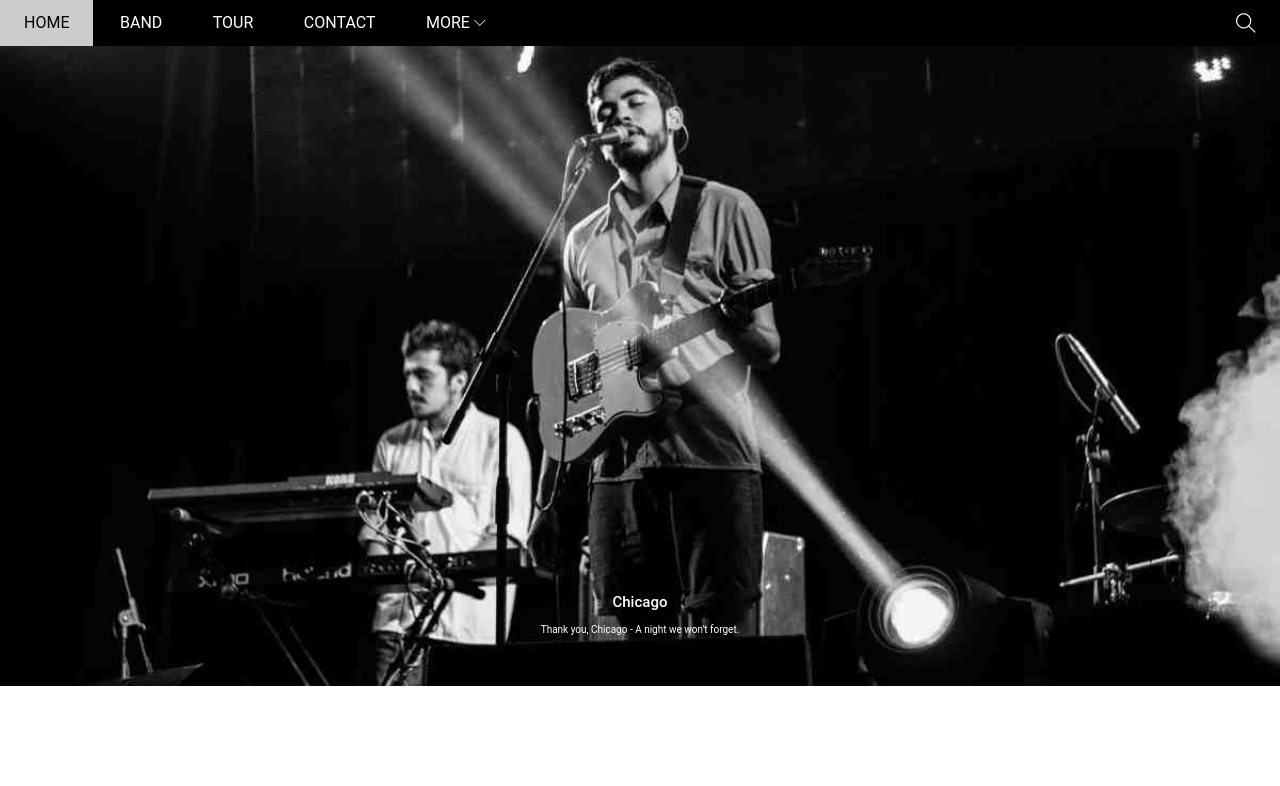
Repository: vuongld315/myLandingPage
Page: index.html
An editor plug-in stored every save of this project. The page is shown before and after the next save, followed by the edit.
The browser window is 1280 px wide. The pictures show the whole page.

Above is the page before, as saved 2022-07-22 13:09:49.

### index.html
<!DOCTYPE html>
<html lang="en">
<head>
    <meta charset="UTF-8">
    <meta http-equiv="X-UA-Compatible" content="IE=edge">
    <meta name="viewport" content="width=device-width, initial-scale=1.0">
    <title>Document</title>
    <link rel="stylesheet" href="./assets/css/main.css">
    <link rel="stylesheet" href="./assets/css/base.css">
    <link rel="stylesheet" href="./assets/fonts/themify-icons/themify-icons.css">
</head>
<body>
    <div id="main">
        <div id="header">
            <div id="nav">
                <ul>
                    <li><a href="">Home</a></li>
                    <li><a href="">Band</a></li>
                    <li><a href="">Tour</a></li>
                    <li><a href="">Contact</a></li>
                    <li>
                        <a href="#">
                            More
                            <i class="nav-arrow-down ti-angle-down"></i>
                        </a>
                        <ul class="subnav">
                            <li><a href="">Merchadise</a></li>
                            <li><a href="">Extras</a></li>
                            <li><a href="">Media</a></li>
                        </ul>
                    </li>
                </ul>
            </div>
            <div class="search-btn">
                <i class="search-icon ti-search"></i>
            </div>
        </div>

        <div id="slider">
            <div class="text-content">
                <h2 class="text-heading">Chicago</h2>
                <div class="text-desciption">Thank you, Chicago - A night we won't forget.</div>
            </div>
        </div>

        <div id="content">

        </div>

        <div id="footer">

        </div>
    </div>
</body>
</html>

### assets/css/main.css
*   {
    box-sizing: inherit;
}

body    {
    padding-bottom:100px ;
}

html    {
    font-size: 62.5%;
    line-height: 1.6rem;
    font-family: 'Roboto', sans-serif;
    box-sizing: border-box;
}

.gird   {
    width: 1200px;
    max-width: 100%;
    margin: 0 auto;
}

.gird__full-width   {
    width: 100%;
}

.gird__row  {
    display: flex;
    flex-wrap: wrap;
}

body    {
    margin: 0;
    padding: 0;
}

#header {
    height: 46px;
    background-color: #000;
    display: flex;
    align-items: center;
    justify-content: space-between;
    position: fixed;
    top: 0;
    right: 0;
    left: 0;
    z-index: 1;
}

#nav ul {
    padding: 0;
}

#nav li {
    display: inline-block;
    position: relative;
}

#nav > ul > li > a   {
    color: #fff;
    text-transform: uppercase;
    padding: 0 24px;
    line-height: 46px;
}

#nav li a   {
    text-decoration: none;
    font-size: 1.6rem;
    display: inline-block;

}

#nav .subnav li:hover,
#nav > ul > li:hover > a {
    color:#000;
    background-color: #ccc;

}

#nav > ul > li:hover .subnav    {
    display: block;
}

#nav .subnav    {
    display: none;
    position: absolute;
    background-color: #fff;
    width: 160px;
    box-shadow: 0 0 10px rgba(0 ,0 ,0 , .3);
}

#nav .subnav li {
    width: 100%;
    list-style: none;
    padding: 12px;

}

#nav .subnav a  {
    color: #000;
    font-size: 1.4rem;
}

.nav-arrow-down {
    font-size: 1.2rem;
}

#header .search-btn {
    font-size: 20px;
    color: #fff;
    padding: 13px 24px;
    height: 100%;
}

#header .search-btn:hover   {
    background-color: #f44336;
    cursor: pointer;
}

#slider {
    display: flex;
    justify-content: center;
    margin-top: 46px;
    padding-top: 50%;
    background: url('/assets/img/slider1.jpg') top center / cover no-repeat;
    position: relative;
}

.text-content  {
    position: absolute;
    color: #fff;
    bottom: 48px;
    display: flex;
    flex-direction: column;
    align-items: center;
}

.text-heading   {
    font-weight: 500;
    font-size: ;
}

#content {

}

#footer {

}

### assets/css/base.css
*   {
    box-sizing: inherit;
}

body    {
    padding-bottom:100px ;
}

html    {
    font-size: 62.5%;
    line-height: 1.6rem;
    font-family: 'Roboto', sans-serif;
    box-sizing: border-box;
}

.gird   {
    width: 1200px;
    max-width: 100%;
    margin: 0 auto;
}

.gird__full-width   {
    width: 100%;
}

.gird__row  {
    display: flex;
    flex-wrap: wrap;
}

Loaded but not shown: assets/fonts/themify-icons/themify-icons.css (common file)

After the next save:
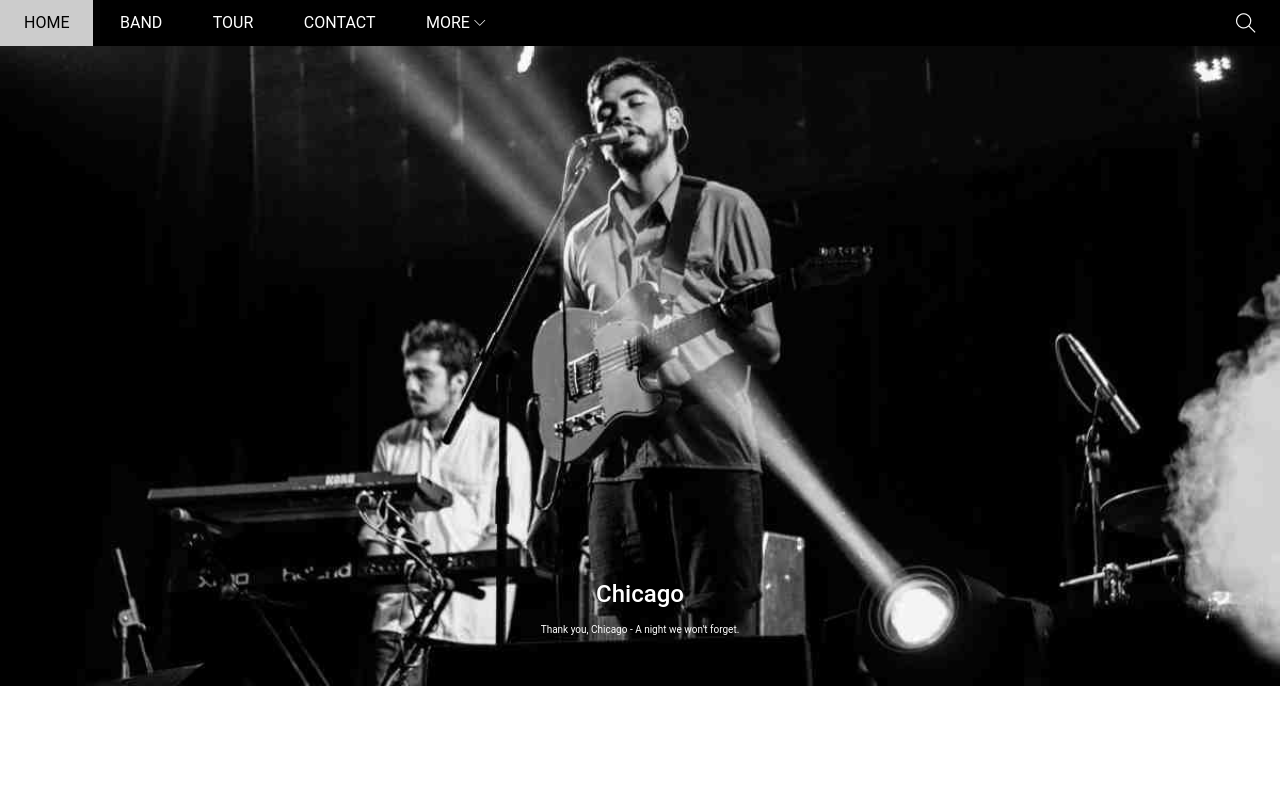
Saved 4 s later.
--- a/assets/css/main.css
+++ b/assets/css/main.css
@@ -136,7 +136,7 @@ body    {
 
 .text-heading   {
     font-weight: 500;
-    font-size: ;
+    font-size: 24px;
 }
 
 #content {
